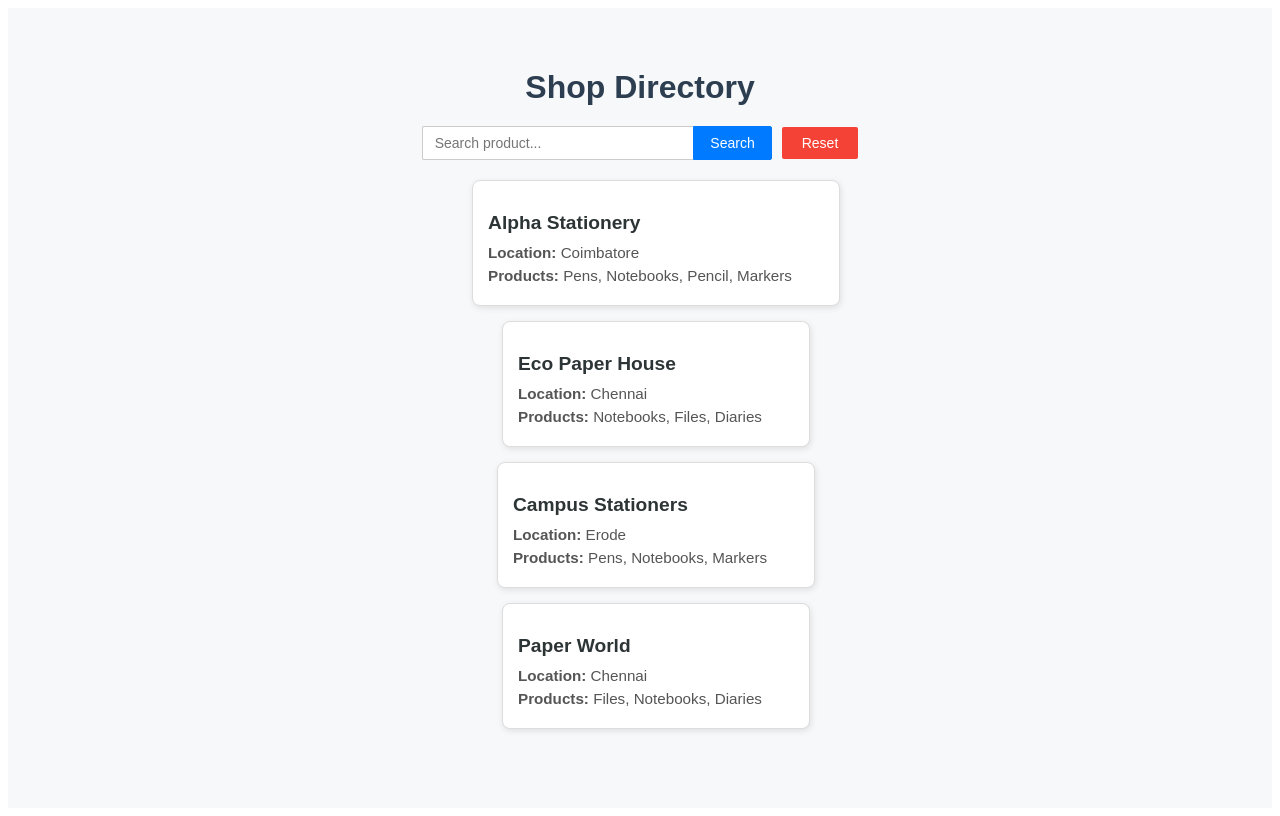
Repository: Pavithra-09git/CarSort
Page: /
These files come from the project's save history. The page is drawn as it stood at one moment and after a run of saves; the edit follows.
The browser window is 1280 px wide. The pictures show the whole page.
The project was rebuilt for these pictures with package versions that can differ from the ones it lists, and the page was loaded fresh each time. Also part of the build but not shown: vite.config.js, src/assets/Component/CardDetailPage.jsx.

Above is the page before, as saved 2025-10-26 15:47:51.

After the next 6 saves:
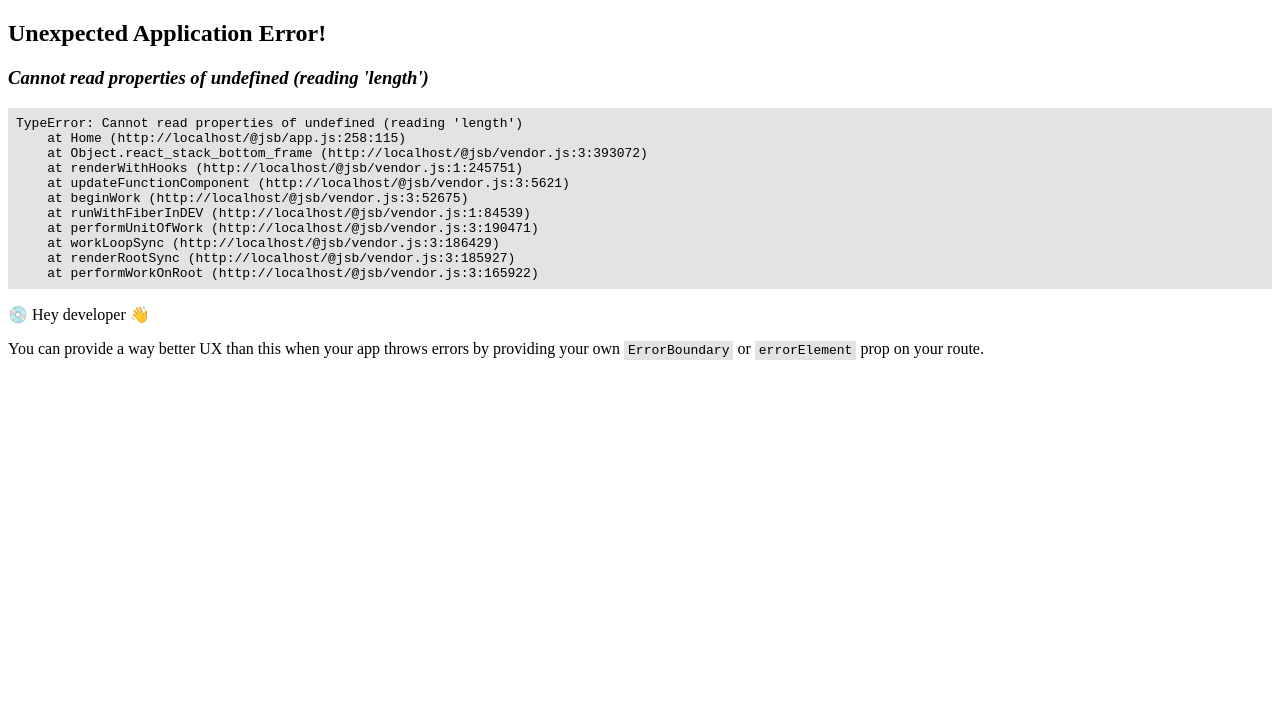
The 6 saves are shown as one change because they came seconds apart.
The last was saved 29 s later.
--- a/src/App.jsx
+++ b/src/App.jsx
@@ -2,11 +2,12 @@ import React from "react";
 import { shops } from "./data";
 import Home from "./assets/Component/Home";
 import "./App.css";
+import { Outlet } from "react-router-dom";
 
 
 function App() {
   return(
- <Home shops={shops} />
+<Outlet/>
 
   )
 
